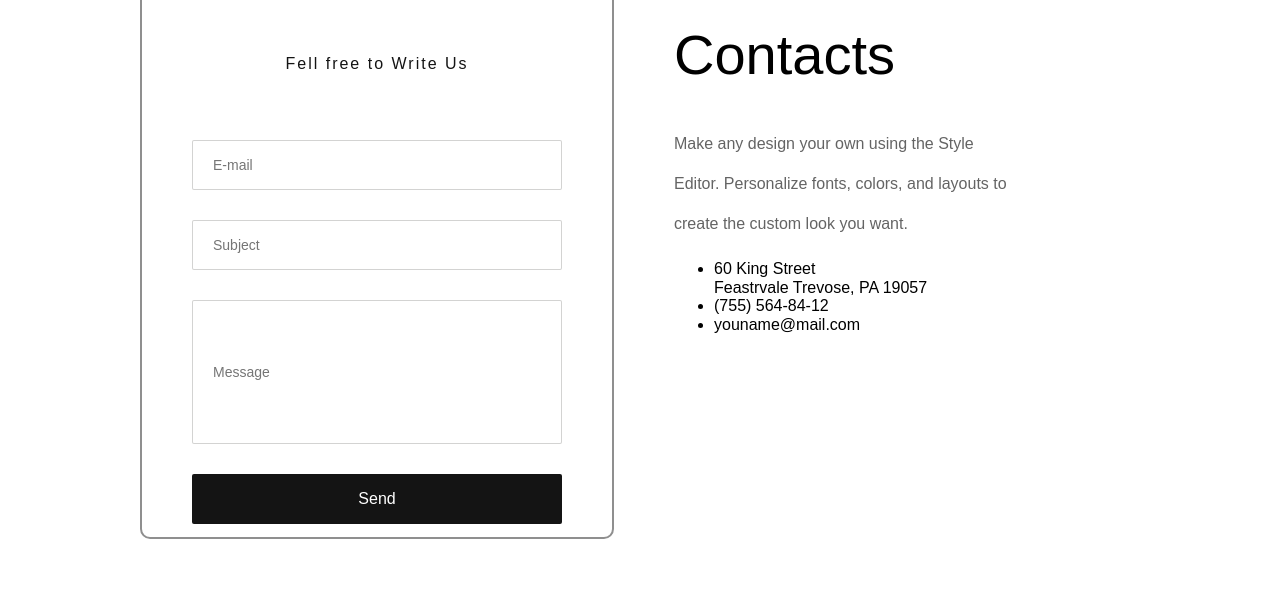
Repository: sogeisetsu/suy-ife
Page: 009-011/index.html
An editor plug-in stored every save of this project. The page is shown before and after the next save, followed by the edit.
The browser window is 1280 px wide. The pictures show the part of the page from y = 3840 to 4430 px (the page is 4430 px tall).
A picture or video elsewhere on the page could not be fetched, so the positions and the page height are approximate.

Above is the page before, as saved 2019-10-13 02:42:03.

After the next save:
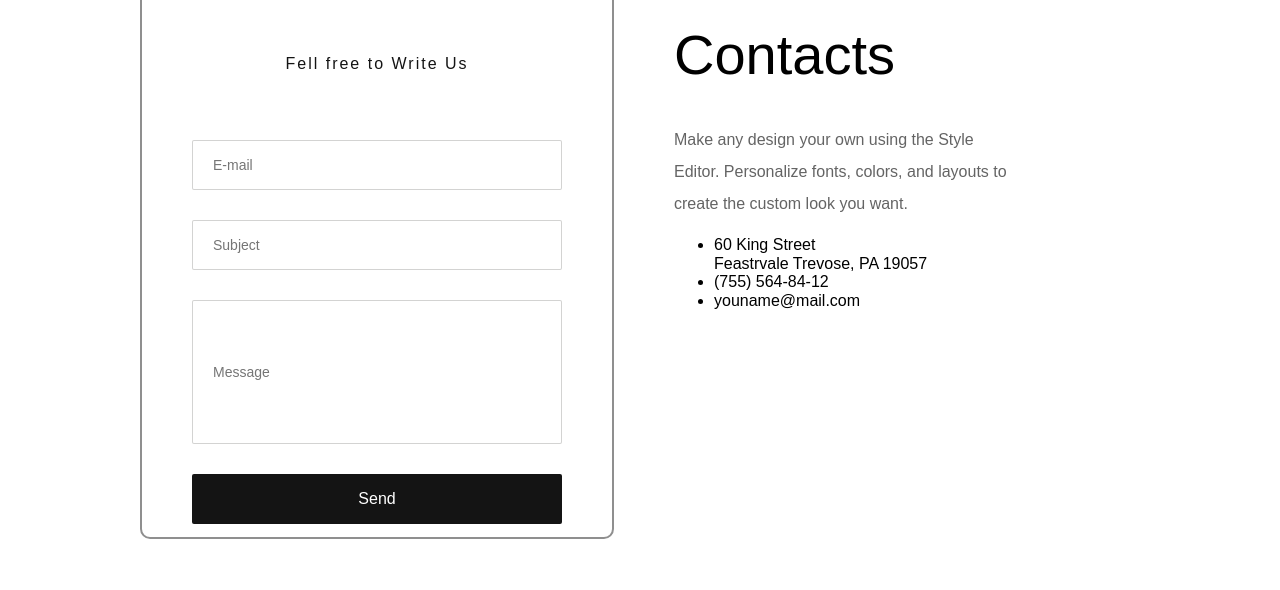
Saved 15 s later.
--- a/009-011/index.css
+++ b/009-011/index.css
@@ -412,5 +412,5 @@ input{
 }
 .p7text .text p{
     color: rgba(14, 14, 14, 0.644);
-    line-height: 2.5em;
-}
+    line-height: 2em;
+}
